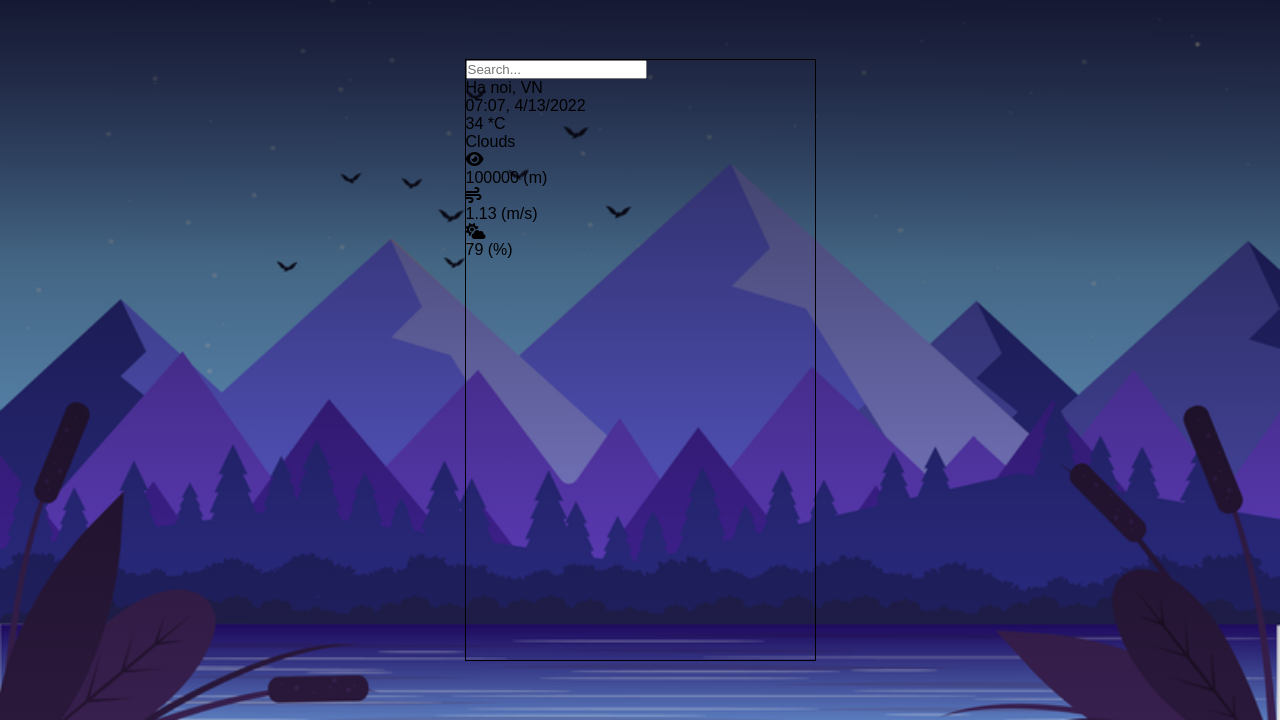
Repository: nganha241/weather-app
Page: index.html
An editor plug-in stored every save of this project. The page is shown before and after the next save, followed by the edit.
The browser window is 1280 px wide. The pictures show the whole page.
Some web libraries are served in a nearby version.

Above is the page before, as saved 2022-04-13 08:18:14.

After the next save:
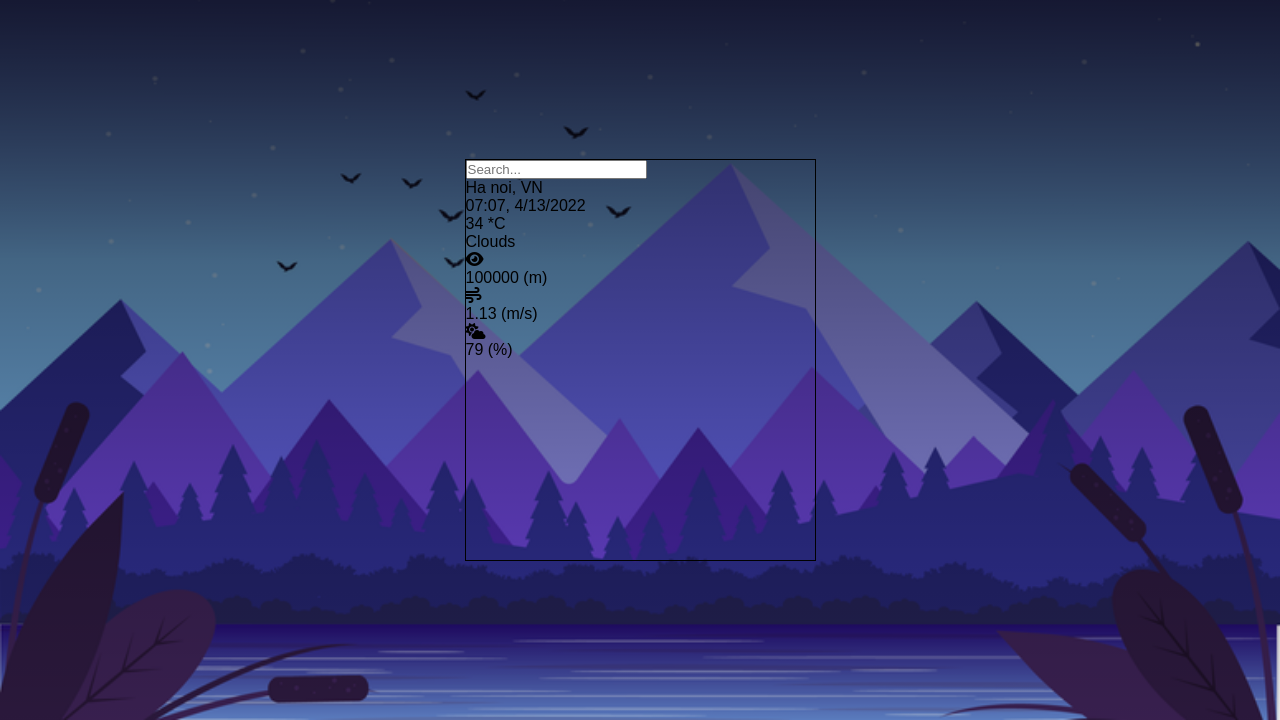
Saved 8 s later.
--- a/style.css
+++ b/style.css
@@ -15,6 +15,6 @@ body {
 
 #weather {
     width: 351px;
-    height: 602px;
+    height: 402px;
     border: 1px solid;
 }
